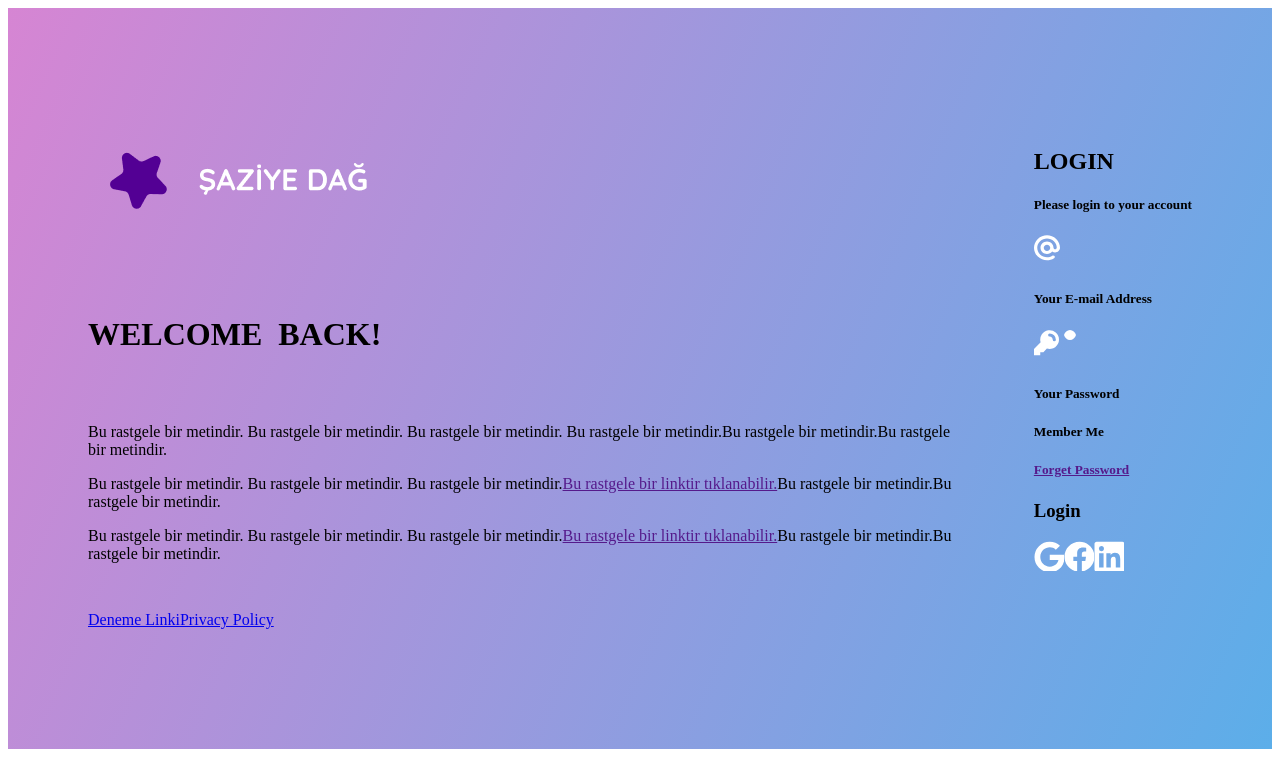
Repository: szydag/login
Page: /
An editor plug-in stored every save of this project. The page is shown before and after the next save, followed by the edit.
The browser window is 1280 px wide. The pictures show the whole page.
The project was rebuilt for these pictures with package versions that can differ from the ones it lists, and the page was loaded fresh each time. Also part of the build but not shown: src/assets/svgr/unhiddenIcon/index.js.

Above is the page before, as saved 2023-10-22 19:51:26.

### src/index.js
import React from 'react';
import ReactDOM from 'react-dom/client';
import App from './app/index';
import {
    BrowserRouter
} from "react-router-dom";

const root = ReactDOM.createRoot(document.getElementById('root'));
root.render(
    <BrowserRouter>
        <App />
    </BrowserRouter>
);

### src/app/index.js
import LoginPage from "./pages/login";
import useStyles from "./style";

const App = () => {
    useStyles();
    return <div>
        <LoginPage />
    </div>

};

export default App;

### src/app/pages/login/index.js
import React, { useEffect } from 'react'
import useStyles from './style';
import logo from './../../../assets/logo.png'
import MailIcon from './../../../assets/svgr/mailIcon/index.js'
import PasswordIcon from './../../../assets/svgr/passwordIcon/index.js'
import HiddenIcon from './../../../assets/svgr/hiddenIcon/index.js'
import UnhiddenIcon from './../../../assets/svgr/unhiddenIcon/index.js'
import GoogleIcon from './../../../assets/svgr/googleIcon/index.js'
import FacebookIcon from './../../../assets/svgr/facebookIcon/index.js'
import LinkedInIcon from './../../../assets/svgr/linkedInIcon/index.js'
const LoginPage = () => {

    const classes = useStyles();
    return <div
        className={classes.loginPage}
    >
        <div
            className={classes.promotionTexts}
        >
            <div
                className={classes.logo}
            >
                <img
                    src={logo}
                    alt=""
                />
            </div>
            <div
                className={classes.mainContent}
            >
                <div
                    className={classes.title}
                >
                    <h1>WELCOME</h1>
                    <h1>BACK!</h1>
                </div>
                <div
                    className={classes.contentText}
                >
                    <p>
                        Bu rastgele bir metindir. Bu rastgele bir metindir. Bu rastgele bir metindir. Bu rastgele bir metindir.Bu rastgele bir metindir.Bu rastgele bir metindir.
                    </p>
                    <p>
                        Bu rastgele bir metindir. Bu rastgele bir metindir. Bu rastgele bir metindir.
                        <a
                            href=""
                        >
                            Bu rastgele bir linktir tıklanabilir.
                        </a>
                        Bu rastgele bir metindir.Bu rastgele bir metindir.
                    </p>
                    <p>
                        Bu rastgele bir metindir. Bu rastgele bir metindir. Bu rastgele bir metindir.
                        <a
                            href=""
                        >
                            Bu rastgele bir linktir tıklanabilir.
                        </a>
                        Bu rastgele bir metindir.Bu rastgele bir metindir.
                    </p>
                </div>
                <div
                    className={classes.links}
                >
                    <a
                        href="

                    ">
                        Deneme Linki
                    </a>
                    <a
                        href="

                    ">
                        Privacy Policy
                    </a>
                </div>

            </div>
        </div>
        <div
            className={classes.loginArea}
        >
            <div
                className={classes.header}
            >
                <h2>LOGIN</h2>
                <h5>Please login to your account</h5>
            </div>
            <div
                className={classes.container}
            >
                <div
                    className={classes.loginMainContent}
                >
                    <div
                        className={classes.inputArea}
                    >
                        <div
                            className={classes.mailInput}
                        >
                            <div
                                className={classes.content}
                            >
                                <MailIcon
                                    color='#ffffff'
                                    size={30}
                                ></MailIcon>

                            </div>
                            <div
                                className={classes.inputTitle}
                            >
                                <h5>Your E-mail  Address</h5>
                            </div>
                        </div>
                        <div
                            className={classes.passwordInput}
                        >
                            <div
                                className={classes.content}
                            >
                                <PasswordIcon
                                    color='#ffffff'
                                    size={30}
                                >
                                </PasswordIcon>
                                <HiddenIcon
                                    color='#ffffff'
                                    size={30}
                                >

                                </HiddenIcon>
                            </div>
                            <div
                                className={classes.inputTitle}
                            >
                                <h5>Your Password</h5>
                            </div>

                        </div>
                    </div>
                    <div
                        className={classes.passwordSettingsArea}
                    >
                        <div
                            className={classes.memberMeArea}
                        >
                            <h5>Member Me</h5>
                        </div>
                        <h5>
                            <a href="">
                                Forget Password
                            </a>
                        </h5>
                    </div>
                </div>
                <div
                    className={classes.loginButton}
                >
                    <h3>Login</h3>
                </div>
            </div>
            <div
                className={classes.accountSettings}
            >
                <div
                    className={classes.accountSettingsTitle}
                >

                </div>
                <div
                    className={classes.socialMediaIcons}
                >
                    <GoogleIcon
                        color='#ffffff'
                        size={30}
                    >
                    </GoogleIcon>
                    <FacebookIcon
                        color='#ffffff'
                        size={30}
                    >
                    </FacebookIcon>
                    <LinkedInIcon
                        color='#ffffff'
                        size={30}
                    >
                    </LinkedInIcon>
                </div>
                <div
                    className={classes.newAccountArea}
                >

                </div>
            </div>
        </div>
    </div>
}

export default LoginPage;

### src/app/style.js
import { createUseStyles } from "react-jss";

const useStyles = createUseStyles({
    loginPage: {
    },
})
export default useStyles;

### src/app/pages/login/style.js

import { createUseStyles } from "react-jss";

const useStyles = createUseStyles({
    loginPage: {
        display: 'flex',
        padding: '120px 80px',
        alignItems: 'flex-start',
        gap: '80px',
        background: 'linear-gradient(113deg, #B9A675 0%, #D685D3 0%, #5CAEE9 100%)',
    },
    promotionTexts: {
        display: 'flex',
        flexDirection: 'column',
        alignItems: 'flex-start',
        gap: '64px',
        flex: '1 0 0',
        alignSelf: 'stretch',
    },
    logo: {
        display: 'flex',
        alignItems: 'center',
        gap: '8px',
    },
    mainContent: {
        display: 'flex',
        flexDirection: 'column',
        justifyContent: ' center',
        alignItems: 'flex-start',
        gap: '32px',
        alignSelf: 'stretch',
    },
    title: {
        display: 'flex',
        alignItems: 'flex-start',
        gap: '16px',
    },
    contentText: {
    },
    links: {
    },
    loginArea: {
    },
    header: {
    },
    container: {
    },
    loginMainContent: {
    },
    inputArea: {
    },
    mailInput: {
    },
    content: {
    },
    inputTitle: {
    },
    passwordInput: {
    },
    content: {
    },
    passwordSettingsArea: {
    },
    memberMeArea: {
    },
    loginButton: {
    },
    accountSettings: {
    },
    accountSettingsTitle: {
    },
    socialMediaIcons: {
    },
    newAccountArea: {
    },
})
export default useStyles;

### src/assets/svgr/mailIcon/index.js
import * as React from "react"
const MailIcon = ({
    color = "#ffffff",
    size = 30,
    ...props
}) => {
    const pathScale = 30 / size;
    return <svg
        xmlns="http://www.w3.org/2000/svg"
        width={size}
        height={size}
        fill="none"
        {...props}
    >
        <path
            fill={color}
            transform={`scale(${1 / 1})`}
            d="M19.894 6.125c-3.807-3.661-9.98-3.661-13.788 0s-3.808 9.597 0 13.258c3.31 3.183 8.41 3.6 12.187 1.248.753-.47 1.759-.263 2.247.461.488.725.273 1.692-.48 2.161-5.038 3.138-11.837 2.586-16.252-1.66-5.077-4.881-5.077-12.796 0-17.678 5.076-4.881 13.308-4.881 18.384 0C24.73 6.355 26 9.558 26 12.755c0 2.588-2.183 4.687-4.875 4.687a4.982 4.982 0 0 1-2.925-.937c-1.186 1.517-3.074 2.5-5.2 2.5-3.59 0-6.5-2.799-6.5-6.25 0-3.453 2.91-6.25 6.5-6.25s6.5 2.797 6.5 6.25c0 .862.727 1.562 1.625 1.562s1.625-.7 1.625-1.563c0-2.402-.952-4.798-2.856-6.629Zm-3.644 6.63c0-1.727-1.455-3.126-3.25-3.126s-3.25 1.4-3.25 3.125c0 1.726 1.455 3.125 3.25 3.125s3.25-1.399 3.25-3.125Z"
        />
    </svg>
}
export default MailIcon

### src/assets/svgr/passwordIcon/index.js
import * as React from "react"
const PasswordIcon = ({
    color = "#ffffff",
    size = 30,
    ...props
}) => {
    const pathScale = 30 / size;
    return <svg
        xmlns="http://www.w3.org/2000/svg"
        width={size}
        height={size}
        fill="none"
        {...props}
    >
        <path
            fill={color}
            transform={`scale(${1 / 1})`}
            d="M25 9.63a9.375 9.375 0 0 1-12.098 8.972L9.375 22.13H6.25v3.125H0v-6.25l6.652-6.652A9.375 9.375 0 1 1 25 9.63Zm-9.375-6.25a1.563 1.563 0 0 0 0 3.124c1.726 0 3.125 1.4 3.125 3.125a1.563 1.563 0 0 0 3.125 0 6.25 6.25 0 0 0-6.25-6.25Z"
        />
    </svg>
}
export default PasswordIcon

### src/assets/svgr/hiddenIcon/index.js
import * as React from "react"
const HiddenIcon = ({
    color = "#ffffff",
    size = 30,
    ...props
}) => {
    const pathScale = 30 / size;
    return <svg
        xmlns="http://www.w3.org/2000/svg"
        width={size}
        height={size}
        fill="none"
        {...props}
    >
        <path
            fill={color}
            transform={`scale(${1 / 1})`}
            d="M0 5.03C.801 2.115 3.185 0 6 0s5.199 2.115 6 5.03c-.801 2.915-3.185 5.03-6 5.03S.801 7.945 0 5.03Zm8.515 0C8.515 6.617 7.39 7.904 6 7.904c-1.39 0-2.515-1.287-2.515-2.874C3.485 3.443 4.61 2.156 6 2.156c1.39 0 2.515 1.287 2.515 2.874Z"
        />
    </svg>
}
export default HiddenIcon

### src/assets/svgr/googleIcon/index.js
import * as React from "react"
const GoogleIcon = ({
    color = "#ffffff",
    size = 30,
    ...props
}) => {
    const pathScale = 30 / size;
    return <svg
        xmlns="http://www.w3.org/2000/svg"
        width={size}
        height={size}
        fill="none"
        {...props}
    >
        <path
            fill={color}
            transform={`scale(${1 / 1})`}
            d="M30.5 16.357c0 8.698-5.957 14.889-14.754 14.889A15.228 15.228 0 0 1 .5 16 15.228 15.228 0 0 1 15.746.754c4.106 0 7.561 1.506 10.223 3.99l-4.15 3.99C16.392 3.496 6.298 7.43 6.298 16c0 5.318 4.248 9.627 9.449 9.627 6.037 0 8.3-4.328 8.656-6.572h-8.656v-5.243H30.26c.142.78.24 1.53.24 2.545Z"
        />
    </svg>
}
export default GoogleIcon

### src/assets/svgr/facebookIcon/index.js
import * as React from "react"
const FacebookIcon = ({
    color = "#ffffff",
    size = 30,
    ...props
}) => {
    const pathScale = 30 / size;
    return <svg
        xmlns="http://www.w3.org/2000/svg"
        width={size}
        height={size}
        fill="none"
        {...props}
    >
        <path
            fill={color}
            transform={`scale(${1 / 1})`}
            d="M30.5 15.754c0-8.286-6.714-15-15-15s-15 6.714-15 15c0 7.487 5.485 13.692 12.656 14.819V20.09h-3.81v-4.336h3.81V12.45c0-3.759 2.238-5.835 5.666-5.835 1.641 0 3.358.293 3.358.293v3.689h-1.892c-1.863 0-2.444 1.156-2.444 2.343v2.815h4.16l-.666 4.336h-3.494v10.483C25.014 29.446 30.5 23.24 30.5 15.754Z"
        />
    </svg>
}
export default FacebookIcon

### src/assets/svgr/linkedInIcon/index.js
import * as React from "react"
const LinkedInIcon = ({
    color = "#ffffff",
    size = 30,
    ...props
}) => {
    const pathScale = 30 / size;
    return <svg
        xmlns="http://www.w3.org/2000/svg"
        width={size}
        height={size}
        fill="none"
        {...props}
    >
        <path
            fill={color}
            transform={`scale(${1 / 1})`}
            d="M28.357.754H2.637C1.456.754.5 1.725.5 2.917v25.674c0 1.192.958 2.163 2.136 2.163h25.721c1.179 0 2.143-.97 2.143-2.163V2.917c0-1.192-.964-2.163-2.143-2.163ZM9.567 26.468H5.121V12.151h4.453v14.317h-.007ZM7.344 10.196a2.58 2.58 0 0 1 0-5.156 2.584 2.584 0 0 1 2.578 2.578 2.575 2.575 0 0 1-2.578 2.578Zm18.89 16.272h-4.446v-6.964c0-1.66-.034-3.797-2.31-3.797-2.317 0-2.672 1.808-2.672 3.677v7.084h-4.447V12.151h4.266v1.956h.06c.596-1.125 2.05-2.31 4.212-2.31 4.5 0 5.337 2.966 5.337 6.823v7.848Z"
        />
    </svg>
}
export default LinkedInIcon

Loaded but not shown: public/index.html (common file)

After the next save:
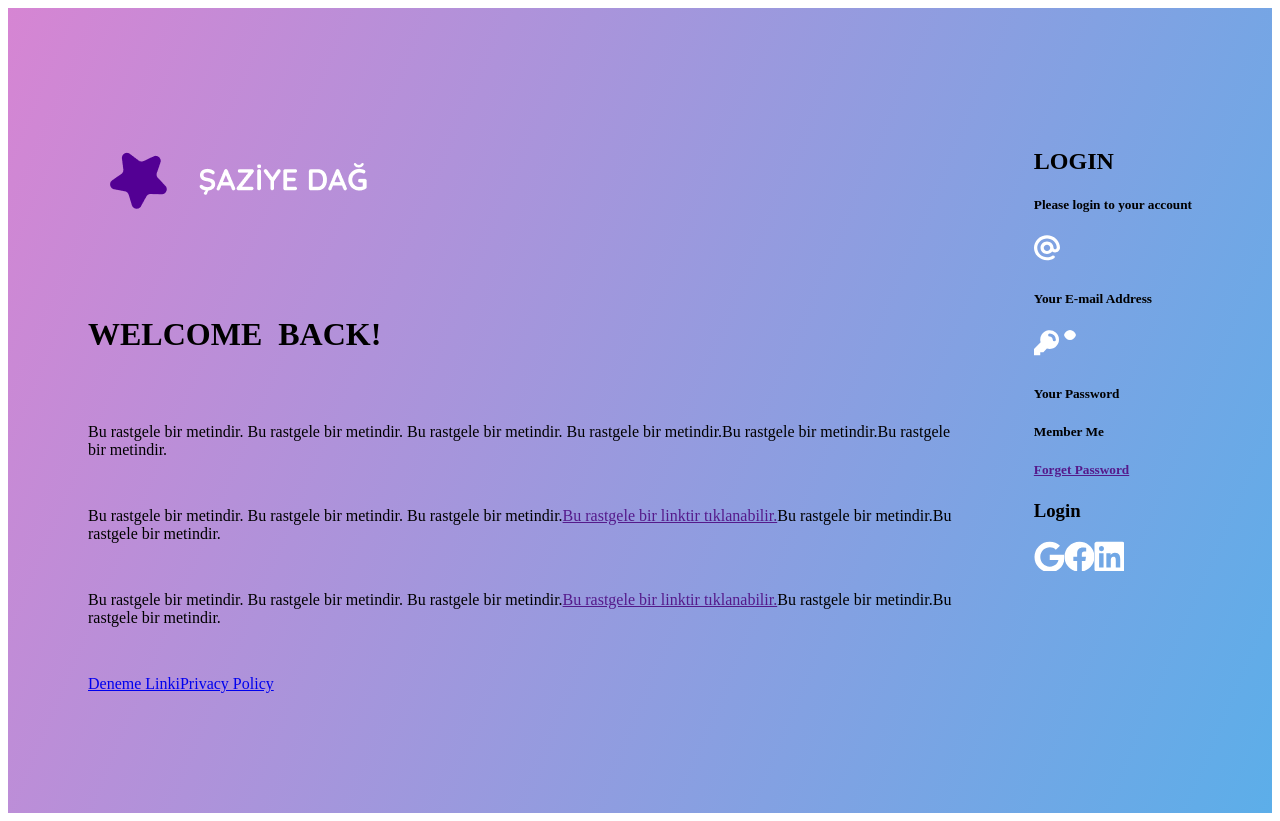
Saved 60 s later.
--- a/src/app/pages/login/style.js
+++ b/src/app/pages/login/style.js
@@ -36,6 +36,11 @@ const useStyles = createUseStyles({
         gap: '16px',
     },
     contentText: {
+        display: 'flex',
+        flexDirection: 'column',
+        alignItems: 'flex - start',
+        gap: '16px',
+        alignSelf: 'stretch',
     },
     links: {
     },
